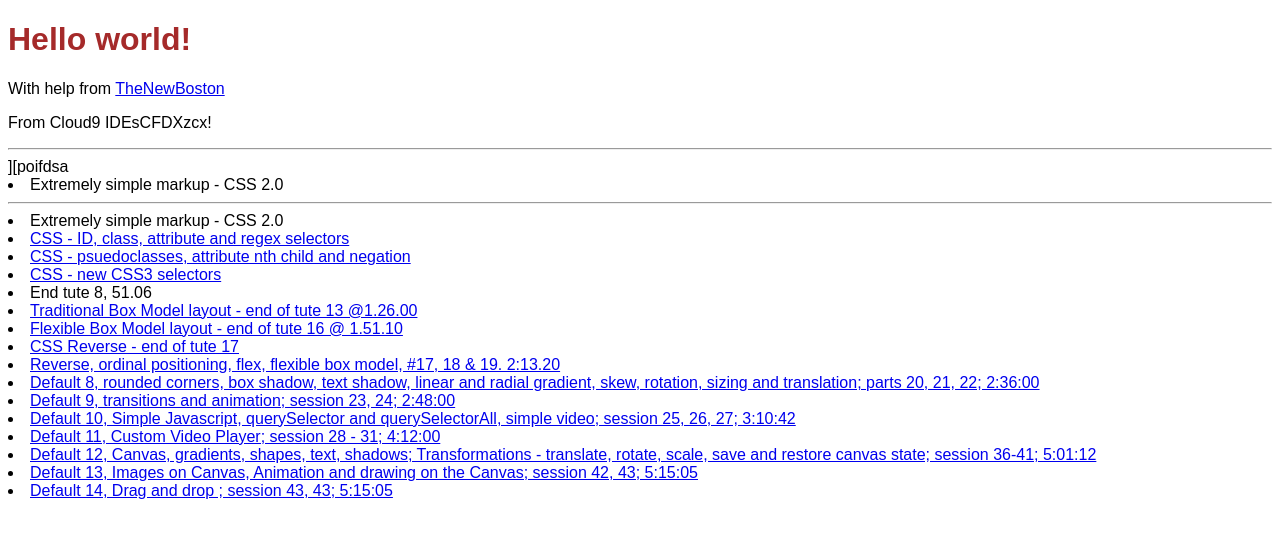
Repository: jksfoTemp/HTML5
Page: index.html
The author's editor kept a record of every edit. The page is drawn from the files as they stood at one moment, then again after the next edit.
The browser window is 1280 px wide. The pictures show the whole page.

Above is the page before.

After the next edit:
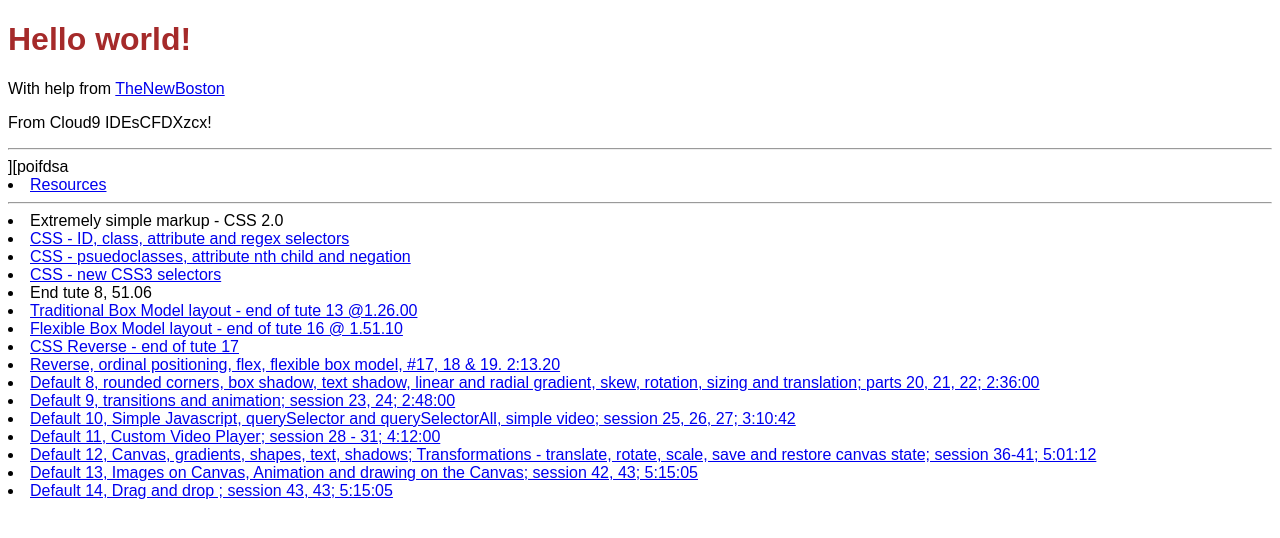
The edit:
--- a/index.html
+++ b/index.html
@@ -16,7 +16,7 @@
         <hr/>
 
         <nav>][poifdsa
-            <li><a href0="default.0.html">Extremely simple markup - CSS 2.0</a></li>
+            <li><a href="resources.html">Resources</a></li>
 
             <hr/>
 
